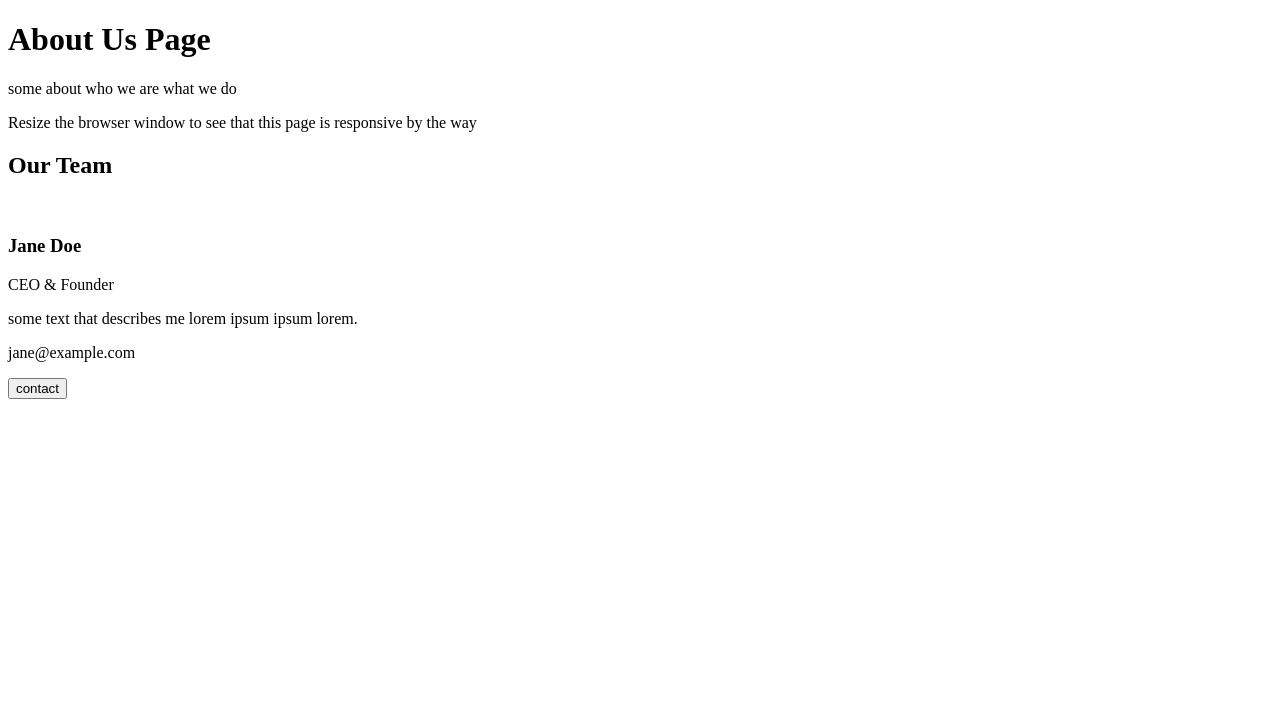
Repository: Lehuyhuynh/BTH2-CSS
Page: BTH3/index.html
The author's editor kept a copy of each file at every save. The page is drawn from the files as they stood at one save, then again after a run of saves.
The browser window is 1280 px wide. The pictures show the whole page.

Above is the page before, as saved 2023-08-11 15:54:42.

After the next 2 saves:
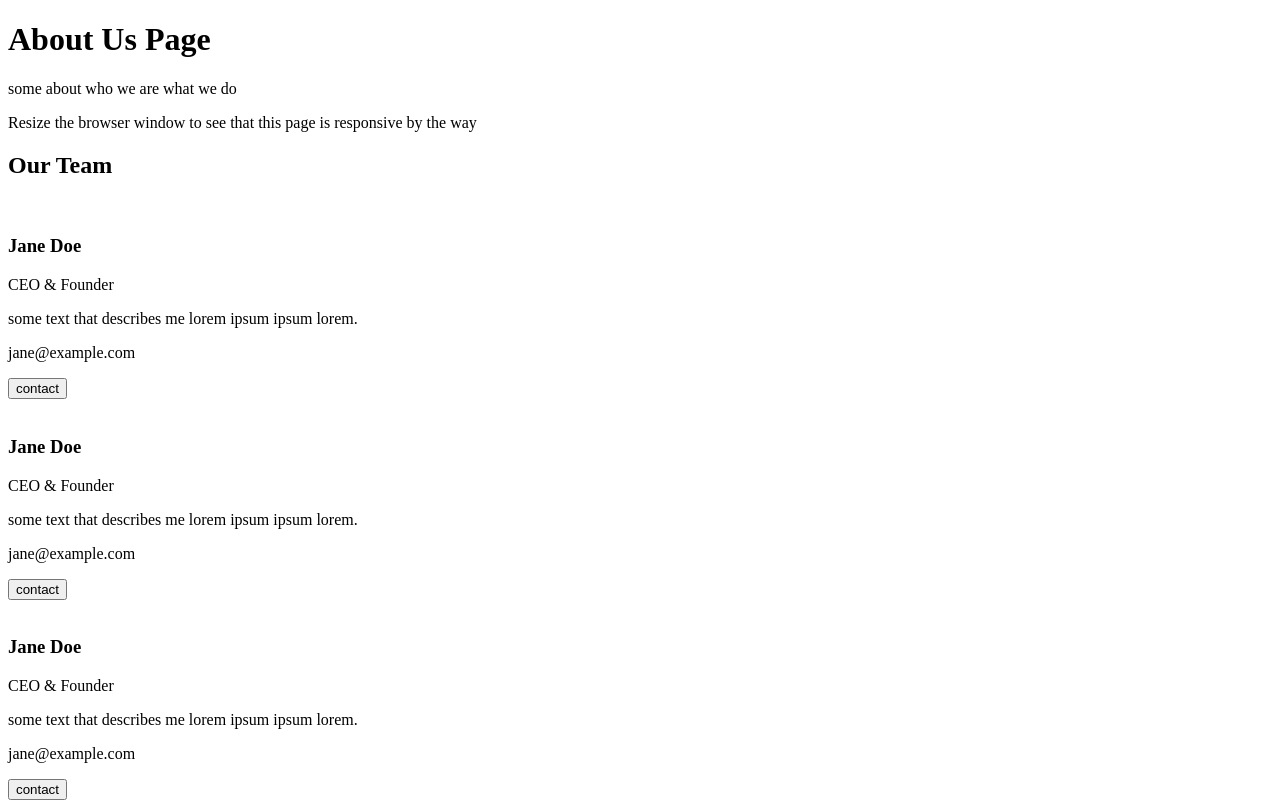
The 2 saves are shown as one change because they came seconds apart.
The last was saved 20 s later.
--- a/BTH3/index.html
+++ b/BTH3/index.html
@@ -24,6 +24,25 @@
       <p>jane@example.com</p>
       <button>contact</button>
      </div>
+
+     <div class="card">
+      <img src="" alt="">
+      <h3>Jane Doe</h3>
+      <p>CEO & Founder</p>
+      <p>some text that describes me lorem ipsum ipsum lorem.</p>
+      <p>jane@example.com</p>
+      <button>contact</button>
+     </div>
+
+     <div class="card">
+      <img src="" alt="">
+      <h3>Jane Doe</h3>
+      <p>CEO & Founder</p>
+      <p>some text that describes me lorem ipsum ipsum lorem.</p>
+      <p>jane@example.com</p>
+      <button>contact</button>
+     </div>
+
     </div>
   </div>
 </body>
